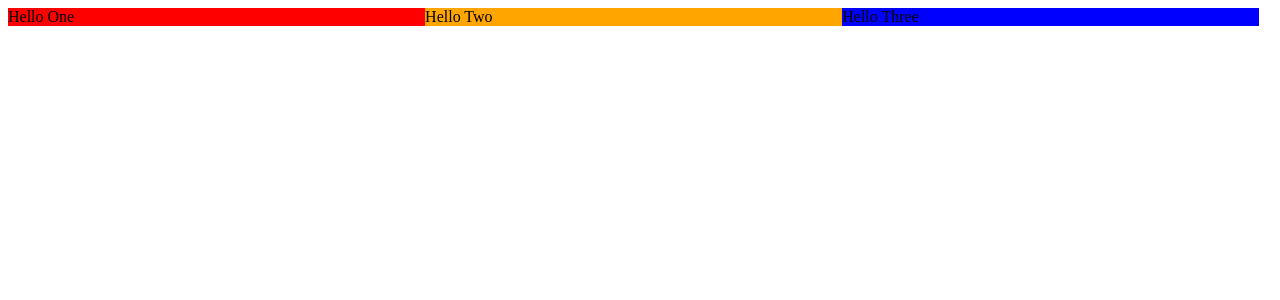
Repository: kimbalaya7/coding-managers
Page: index3.html
The author's editor kept a record of every edit. The page is drawn from the files as they stood at one moment, then again after the next edit.
The browser window is 1280 px wide. The pictures show the whole page.

Above is the page before.

### index3.html
<!DOCTYPE html>
<html>
    <head>
        <title>Example page 2</title>
        <style>
            .container {
                display: flex;
                flex-direction: row;
            }
            .hello {
                width: 33%;
            }
            .hello:first-child {
                    background-color: red;
            }
            .hello:nth-child(2) {
                background-color: orange;
            }
            .hello:last-child {
                    background-color: blue;
            }
        </style>
    </head>
<body>
    <div class="container">
    <div class="hello">Hello One</div>
    <div class="hello">Hello Two</div>
    <div class="hello">Hello Three</div>
    </div>
</body>

</html>

After the next edit:
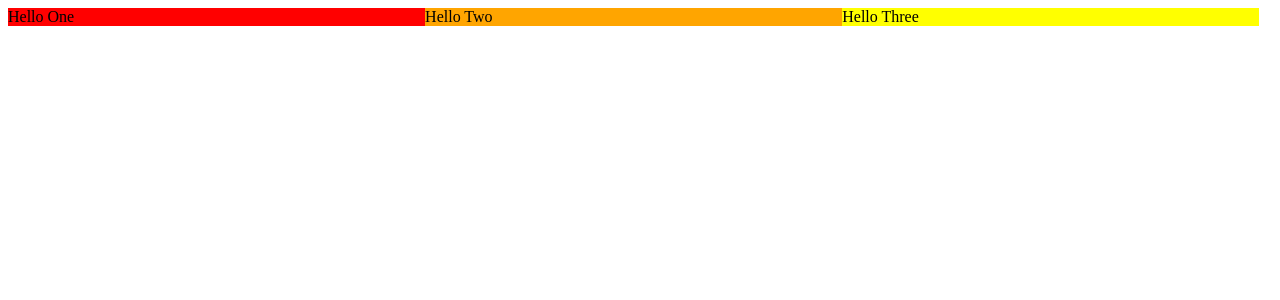
The edit:
--- a/index3.html
+++ b/index3.html
@@ -17,6 +17,13 @@
                 background-color: orange;
             }
             .hello:last-child {
+                    background-color: yellow;
+            }
+            .hello:hover {
+                color: green;
+                font-size: 48px;
+            }
+            .hello:first-child:hover {
                     background-color: blue;
             }
         </style>
